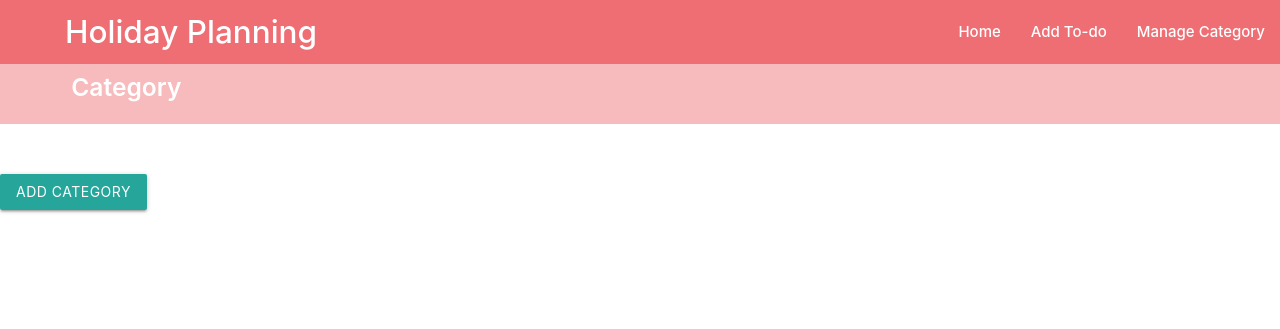
Repository: Code-Institute-Submissions/Project3-Holiday_Planning
Page: http://localhost/get_category
The author's editor kept a record of every edit. The page is drawn from the files as they stood at one moment, then again after the next edit.
The browser window is 1280 px wide. The pictures show the whole page.
The page is served by the project's application, run on Flask 3 (app.py). Queries for data that is not in the repository find no rows.

Above is the page before.

### templates/category.html
{% extends 'layout.html' %} {% block content %}

<div class="add_category">
      <div class='row'>
          <div class='col'><h5>Category</h5></div>
      </div>
</div>


<div class="row">

    <ul class="collapsible ul_style data-collapsible=accordion content_container">

    {% for category in category %}
    <li>

        <div class="collapsible-header">
              <div class = "category_side"></div>
              <a href="{{url_for('edit_category', category_id=category._id)}}" class="waves-effect waves-light btn blue-grey">Edit</a>
              <div class="divider"></div>
              <a href="{{url_for('delete_category', category_id=category._id)}}" class="waves-effect waves-light btn grey">Delete</a>

              <div class="task_header col s9">
                <strong>{{category.category_name}}</strong>
              </div>

        </div>
    </li>
    {% endfor %}

  </ul>

</div>


<div class="row">
    <div class="button_margin"></div>
    <a href="{{url_for('add_category')}}" class="waves-effect waves-light btn">Add Category</a>
</div>


{% endblock %}

### templates/layout.html
<!DOCTYPE html>
<html>

<head>
        <link href="https://fonts.googleapis.com/icon?family=Material+Icons" rel="stylesheet">
        <link rel="stylesheet" href="https://cdnjs.cloudflare.com/ajax/libs/materialize/1.0.0/css/materialize.min.css">
        <link rel="stylesheet" href="{{url_for('static', filename='css/style.css')}}" type="text/css"/>
</head>


<body>
    <header>
        <nav>
            <div class="nav-wrapper">
                <a href="{{url_for('get_todos')}}" class="brand-logo">Holiday Planning</a>
                <a href="#" data-target="mobile-demo" class="sidenav-trigger"><i class="material-icons">menu</i></a>

                <ul id="nav-mobile" class="right hide-on-med-and-down">
                    <li><a href="{{url_for('get_todos')}}">Home</a></li>
                    <li><a href="{{url_for('add_todo')}}">Add To-do</a></li>
                    <li><a href="{{url_for('get_category')}}">Manage Category</a></li>
                </ul>
                </div>
                </nav>
                <!--extended hamburger navbar added for mobile-->
                <ul class="sidenav" id="mobile-demo">
                    <li><a href="{{url_for('get_todos')}}">Home</a></li>
                    <li><a href="{{url_for('add_todo')}}">Add To-do</a></li>
                    <li><a href="{{url_for('get_category')}}">Manage Category</a></li>
                </ul>


    </header>

    <div>
        {% block content %} {% endblock %}
    </div>


    <script src="https://cdnjs.cloudflare.com/ajax/libs/jquery/3.4.1/jquery.min.js"></script>
    <!--<script type="text/javascript" src="https://code.jquery.com/jquery-2.1.1.min.js"></script>-->
    <script src="https://cdnjs.cloudflare.com/ajax/libs/materialize/1.0.0/js/materialize.min.js"></script>


    <!--to perform the collapsible, datepicker and select option function-->
    <script type="text/javascript">
        $(document).ready(function(){
            $('.collapsible').collapsible();
            $('.datepicker').datepicker({
                format:'dd/mm/yyyy'
            });
            $('select').formSelect();
            $('.sidenav').sidenav();
            $('.dropdown-trigger').dropdown();

        });

    </script>


        {%block extra_js%}{%endblock%}
</body>

</html>

### app.py
import os
from flask import Flask, render_template, redirect, request, url_for
from flask_pymongo import PyMongo
from bson.objectid import ObjectId


app = Flask(__name__)
app.config["MONGO_DBNAME"] = 'holiday_planning'
app.config["MONGO_URI"] = os.getenv("MONGO_URI")
mongo = PyMongo(app)


# Function to display landing page
@app.route('/')
def index():
    return render_template("todos.html", todos=mongo.db.todos.find())


# T1 - Fetch data in mongodb pass it back to todos.html
@app.route('/get_todos')
def get_todos():
    todos=mongo.db.todos.find()
    print(todos)
    return render_template("todos.html",
                           todos=todos)



# T2 & T3 - After add_todo, must follow by insert_todo
@app.route('/add_todo')
def add_todo():
    return render_template('addTodo.html',
                            category=mongo.db.category.find())


@app.route('/insert_todo', methods=['POST'])
def insert_todo():
    todos = mongo.db.todos
    todos.insert_one(request.form.to_dict())
    return redirect(url_for('get_todos'))



# T4 & T5 - After edit_todo, must follow by update_todo
@app.route('/edit_todo/<todo_id>')
def edit_todo(todo_id):
    the_todo =  mongo.db.todos.find_one({"_id": ObjectId(todo_id)})
    all_category =  mongo.db.category.find()
    return render_template('editTodo.html', todo=the_todo,
                           category=all_category)


@app.route('/update_todo/<todo_id>', methods=["POST"])
def update_todo(todo_id):
    todos = mongo.db.todos
    todos.update( {'_id': ObjectId(todo_id)},
    {
        'category_name':request.form.get('category_name'),
        'todo_title':request.form.get('todo_title'),
        'todo_description': request.form.get('todo_description'),
        'person_in-charge': request.form.get('person_in-charge'),
        'website': request.form.get('website'),
        'due_date': request.form.get('due_date'),
        'is_urgent':request.form.get('is_urgent')
    })
    return redirect(url_for('get_todos'))


# T6 - Delete todo from the get_todos page
@app.route('/delete_todo/<todo_id>')
def delete_todo(todo_id):
    mongo.db.todos.remove({'_id': ObjectId(todo_id)})
    return redirect(url_for('get_todos'))



# CATEGORY

# C1 - Function to fetch all our data in mongodb pass it back to category.html
@app.route('/get_category')
def get_category():
    return render_template("category.html",
                            category=mongo.db.category.find())



# C2 & C3 - After add_category, must follow by insert_category
@app.route('/add_category')
def add_category():
    return render_template('addCategory.html')


@app.route('/insert_category', methods=['POST'])
def insert_category():
    category_doc = {'category_name': request.form.get('category_name')}
    mongo.db.category.insert_one(category_doc)
    return redirect(url_for('get_category'))



# C4 & C5 - After edit_category, must follow by update_category
@app.route('/edit_category/<category_id>')
def edit_category(category_id):
    return render_template('editCategory.html',
    category=mongo.db.category.find_one({'_id': ObjectId(category_id)}))


@app.route('/update_category/<category_id>', methods=['POST'])
def update_category(category_id):
    mongo.db.category.update(
        {'_id': ObjectId(category_id)},
        {'category_name': request.form.get('category_name')})
    return redirect(url_for('get_category'))



# C6 - Delete category from the Manage Category page
@app.route('/delete_category/<category_id>')
def delete_category(category_id):
    mongo.db.category.remove({'_id': ObjectId(category_id)})
    return redirect(url_for('get_category'))



# Boiler plate - must include at the end of app.py
if __name__ == '__main__':
    app.run(host=os.environ.get('IP'),
            port=int(os.environ.get('PORT')),
            debug=True)

### static/css/style.css
.nav-wrapper{
    padding-left: 65px;
    color: white;
    font-weight: 500;
}


h5{
    margin: 0px;
    padding:0px 50px 0px 60px;
    color: white;
    font-weight: 600;
}


/*.brand-logo{*/
/*    padding:100px 50px 10px 80px;*/
/*}*/


.btn_small {
    height: 24px;
    width: 60px;
    line-height: 24px;
    margin: 5px 100px;
    padding: 0px 100px;
}


.divider{
    width:6px;
    border:none;
}


.to_do_list,
.add_to_do,
.edit_to_do,
.category,
.add_category,
.edit_category
{
    height:45px;
    background-color: #f7babd;
    padding-top: 10px;
    margin-bottom: 30px;
    padding-bottom: 50px;
}


/*Task*/
.content_container{
    border :none;
    box-shadow: none;
}


.category_side{
    width: 40px;
}



.left_margin{
    margin-left: 35px;
}


.button_margin{
    margin-left: 50px;
}


.width{
    width: 45px;
}


.ul_style{
    padding: 0px;
    margin: 0px;
}

After the next edit:
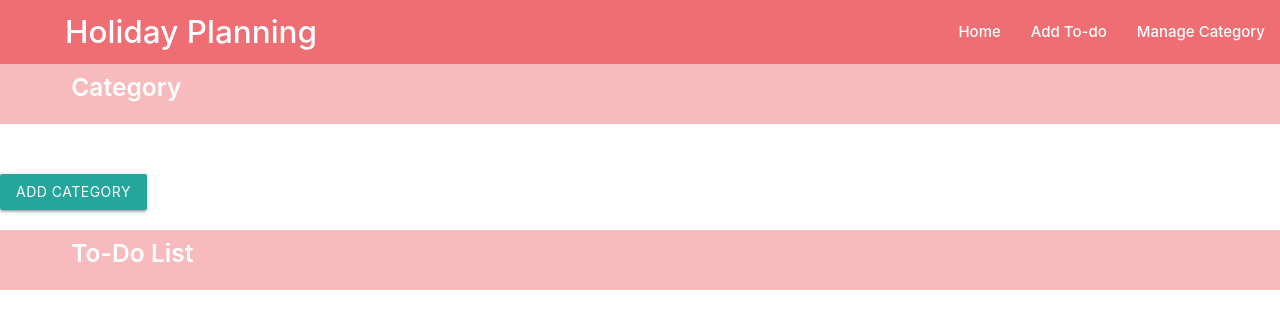
The edit:
--- a/templates/category.html
+++ b/templates/category.html
@@ -38,5 +38,11 @@
     <a href="{{url_for('add_category')}}" class="waves-effect waves-light btn">Add Category</a>
 </div>
 
+<div class="to_do_list">
+  <div class='row'>
+      <div class='col'>
+        <h5>To-Do List</h5>
+      </div>
+      <div class='col'>
 
 {% endblock %}
